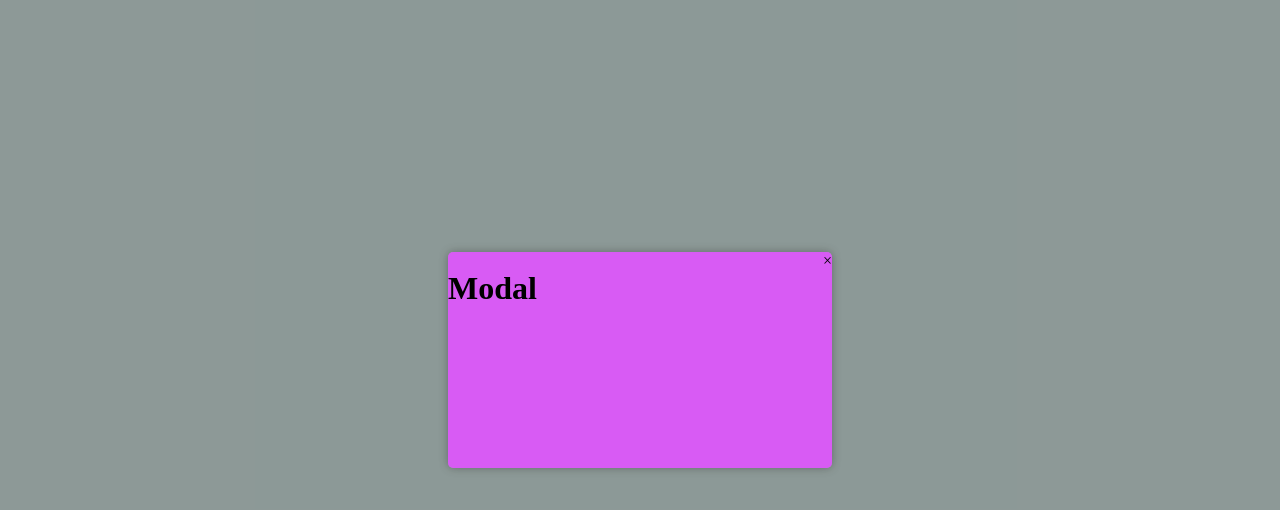
Repository: Soab42/portfolio
Page: /modal
An editor plug-in stored every save of this project. The page is shown before and after the next save, followed by the edit.
The browser window is 1280 px wide. The pictures show the whole page.
The project was rebuilt for these pictures with package versions that can differ from the ones it lists, and the page was loaded fresh each time. The framework's server and built-in components were replaced by stand-ins that run in the browser. Also part of the build but not shown: next.config.js.

Above is the page before, as saved 2023-10-09 15:43:18.

### app/layout.js
import "./globals.css";

export const metadata = {
  title: "syfuddhin",
  description: "Portfolio application for Soab Mahmud Syfuddhin",
};

export default function RootLayout({ children }) {
  return (
    <html lang="en">
      <body>{children}</body>
    </html>
  );
}

### app/modal/page.js
import Modal from "@/components/Modal";
import React from "react";

export default function page() {
  const component = <h1>Modal</h1>;
  return (
    <div>
      <Modal>{component}</Modal>
    </div>
  );
}

### app/globals.css
:root {
  --max-width: 1100px;
  --border-radius: 12px;
  --font-mono: ui-monospace, Menlo, Monaco, "Cascadia Mono", "Segoe UI Mono",
    "Roboto Mono", "Oxygen Mono", "Ubuntu Monospace", "Source Code Pro",
    "Fira Mono", "Droid Sans Mono", "Courier New", monospace;

  --foreground-rgb: 0, 0, 0;
  --background-start-rgb: 214, 219, 220;
  --background-end-rgb: 255, 255, 255;

  --primary-glow: conic-gradient(
    from 180deg at 50% 50%,
    #16abff33 0deg,
    #0885ff33 55deg,
    #54d6ff33 120deg,
    #0071ff33 160deg,
    transparent 360deg
  );
  --secondary-glow: radial-gradient(
    rgba(255, 255, 255, 1),
    rgba(255, 255, 255, 0)
  );

  --tile-start-rgb: 239, 245, 249;
  --tile-end-rgb: 228, 232, 233;
  --tile-border: conic-gradient(
    #00000080,
    #00000040,
    #00000030,
    #00000020,
    #00000010,
    #00000010,
    #00000080
  );

  --callout-rgb: 238, 240, 241;
  --callout-border-rgb: 172, 175, 176;
  --card-rgb: 180, 185, 188;
  --card-border-rgb: 131, 134, 135;
}

@media (prefers-color-scheme: dark) {
  :root {
    --foreground-rgb: 255, 255, 255;
    --background-start-rgb: 0, 0, 0;
    --background-end-rgb: 0, 0, 0;

    --primary-glow: radial-gradient(rgba(1, 65, 255, 0.4), rgba(1, 65, 255, 0));
    --secondary-glow: linear-gradient(
      to bottom right,
      rgba(1, 65, 255, 0),
      rgba(1, 65, 255, 0),
      rgba(1, 65, 255, 0.3)
    );

    --tile-start-rgb: 2, 13, 46;
    --tile-end-rgb: 2, 5, 19;
    --tile-border: conic-gradient(
      #ffffff80,
      #ffffff40,
      #ffffff30,
      #ffffff20,
      #ffffff10,
      #ffffff10,
      #ffffff80
    );

    --callout-rgb: 20, 20, 20;
    --callout-border-rgb: 108, 108, 108;
    --card-rgb: 100, 100, 100;
    --card-border-rgb: 200, 200, 200;
  }
}

* {
  box-sizing: border-box;
  padding: 0;
  margin: 0;
}

html,
body {
  max-width: 100vw;
  overflow-x: hidden;
  position: relative;
}

body {
  color: rgb(var(--foreground-rgb));
  background: linear-gradient(
      to bottom,
      transparent,
      rgb(var(--background-end-rgb))
    )
    rgb(var(--background-start-rgb));
}

a {
  color: inherit;
  text-decoration: none;
}

@media (prefers-color-scheme: dark) {
  html {
    color-scheme: dark;
  }
}

.modal {
  display: flex;
  justify-content: center;
  align-items: center;
  background: #31494272;
  position: fixed;
  top: 0;
  bottom: 0;
  right: 0;
  left: 0;
}
.modal-content {
  position: absolute;
  top: 50%;
  left: 50%;
  width: fit-content;
  min-width: 30%;
  min-height: 30%;
  display: flex;
  flex-direction: column;
  transform: translate(-50%, -50%);
  background-color: #d85bf4fe;
  /* padding: 20px; */
  border-radius: 5px;
  box-shadow: 0px 0px 10px rgba(0, 0, 0, 0.3);
}

### components/Modal.js
"use client";
import React, { useState } from "react";

export default function Modal({ children }) {
  const [show, setShow] = useState(false);
  const [isOpen, setIsOpen] = useState(false);

  const openModal = () => {
    setIsOpen(true);
    document.body.style.overflow = "hidden"; // Prevent scrolling
  };

  const closeModal = () => {
    setIsOpen(false);
    document.body.style.overflow = "auto"; // Restore scrolling
  };
  return (
    <div className="modal" style={{ display: `${show ? "none" : "hidden"}` }}>
      <div className="modal-content">
        <span
          className="close"
          onClick={closeModal}
          style={{ display: "flex", justifyContent: "right" }}
        >
          &times;
        </span>
        <div>{children}</div>
      </div>
    </div>
  );
}

After the next save:
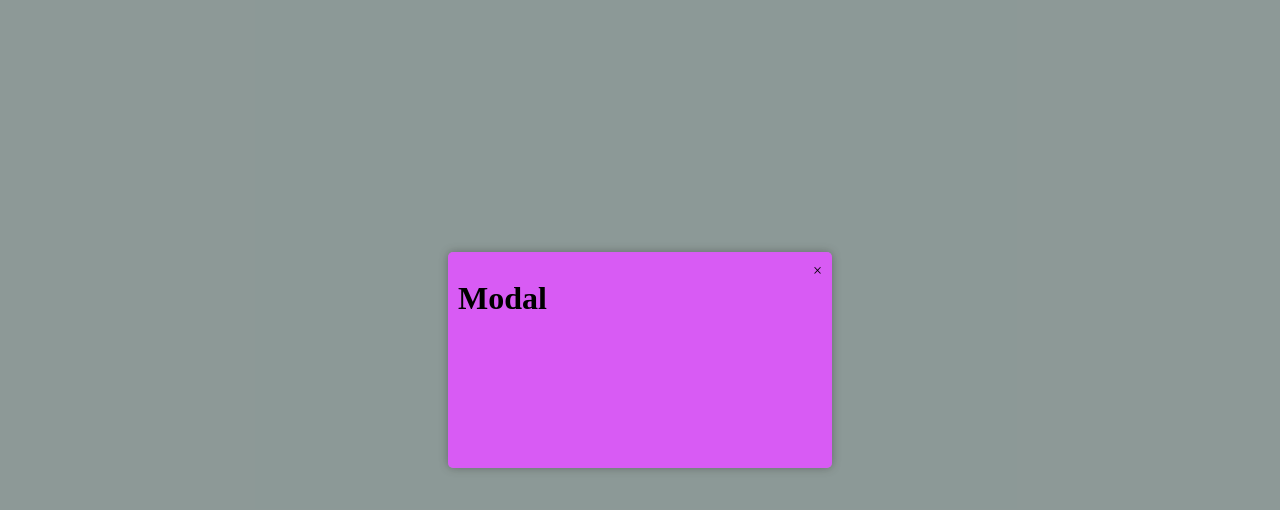
Saved 7 s later.
--- a/app/globals.css
+++ b/app/globals.css
@@ -129,7 +129,7 @@ a {
   flex-direction: column;
   transform: translate(-50%, -50%);
   background-color: #d85bf4fe;
-  /* padding: 20px; */
+  padding: 10px;
   border-radius: 5px;
   box-shadow: 0px 0px 10px rgba(0, 0, 0, 0.3);
 }
